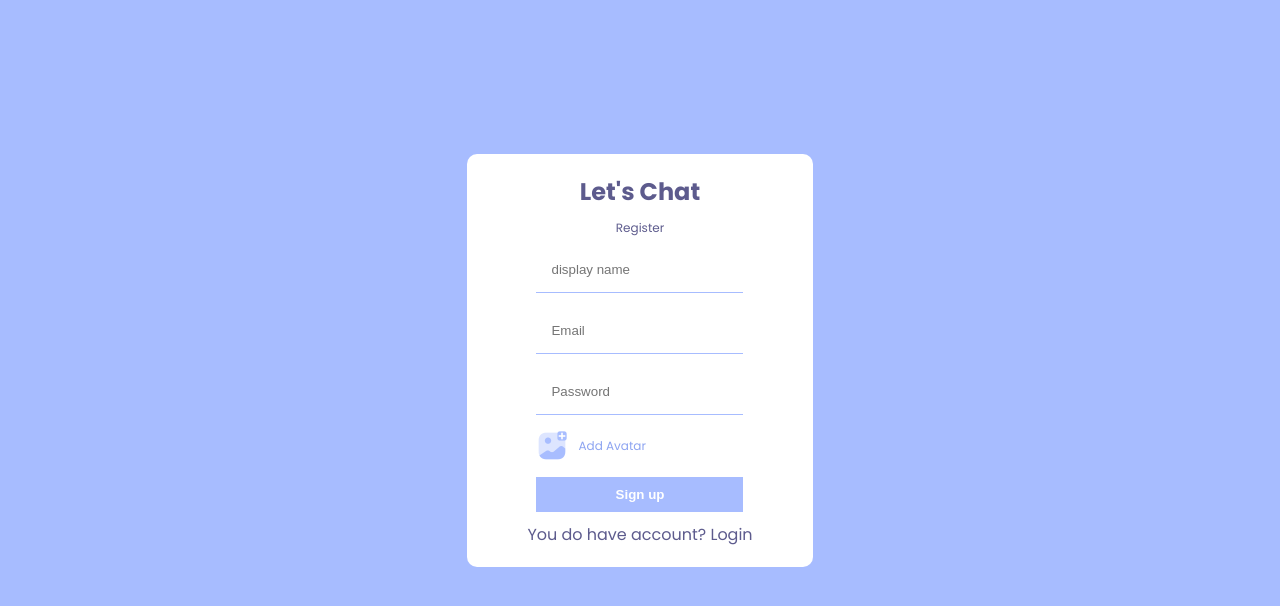
Repository: shikubro90/chatapp
Page: /
The author's editor kept a copy of each file at every save. The page is drawn from the files as they stood at one save, then again after a run of saves.
The browser window is 1280 px wide. The pictures show the whole page.
The project was rebuilt for these pictures with package versions that can differ from the ones it lists, and the page was loaded fresh each time.

Above is the page before, as saved 2022-09-08 16:08:09.

After the next 3 saves:
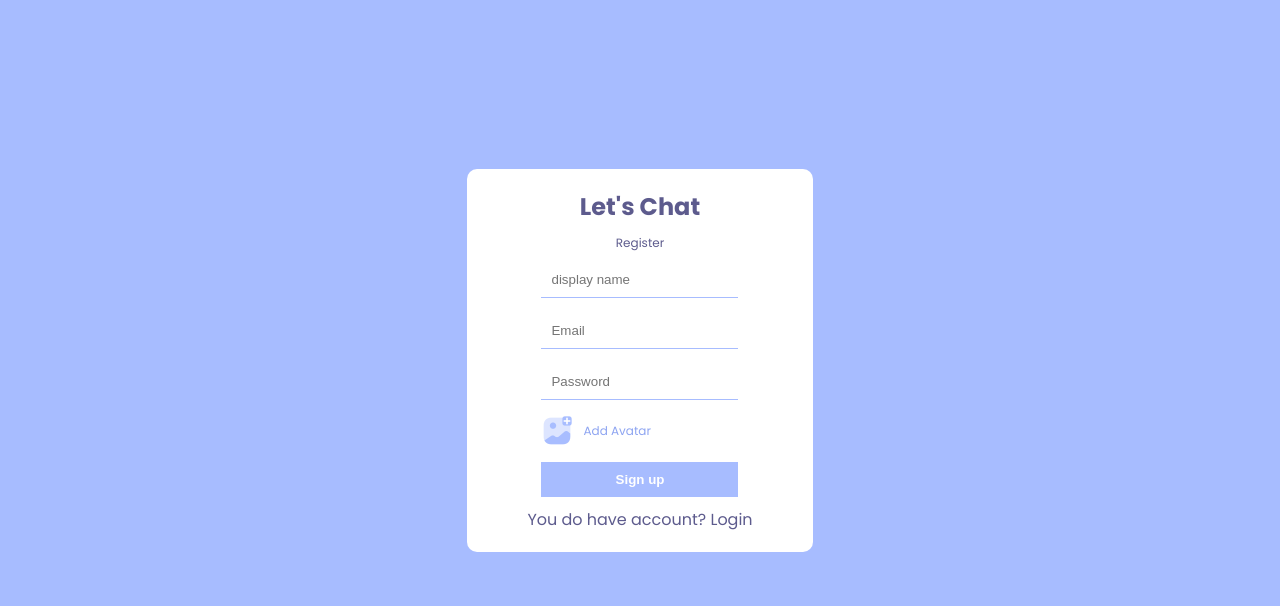
The 3 saves are shown as one change because they came seconds apart.
The last was saved 41 s later.
--- a/src/style.scss
+++ b/src/style.scss
@@ -22,7 +22,7 @@
             gap: 15px;
 
             input{
-                padding: 15px;
+                padding: 10px 10px;
                 border: none;
                 border-bottom: 1px solid #a7bcff;
                 outline: none;
